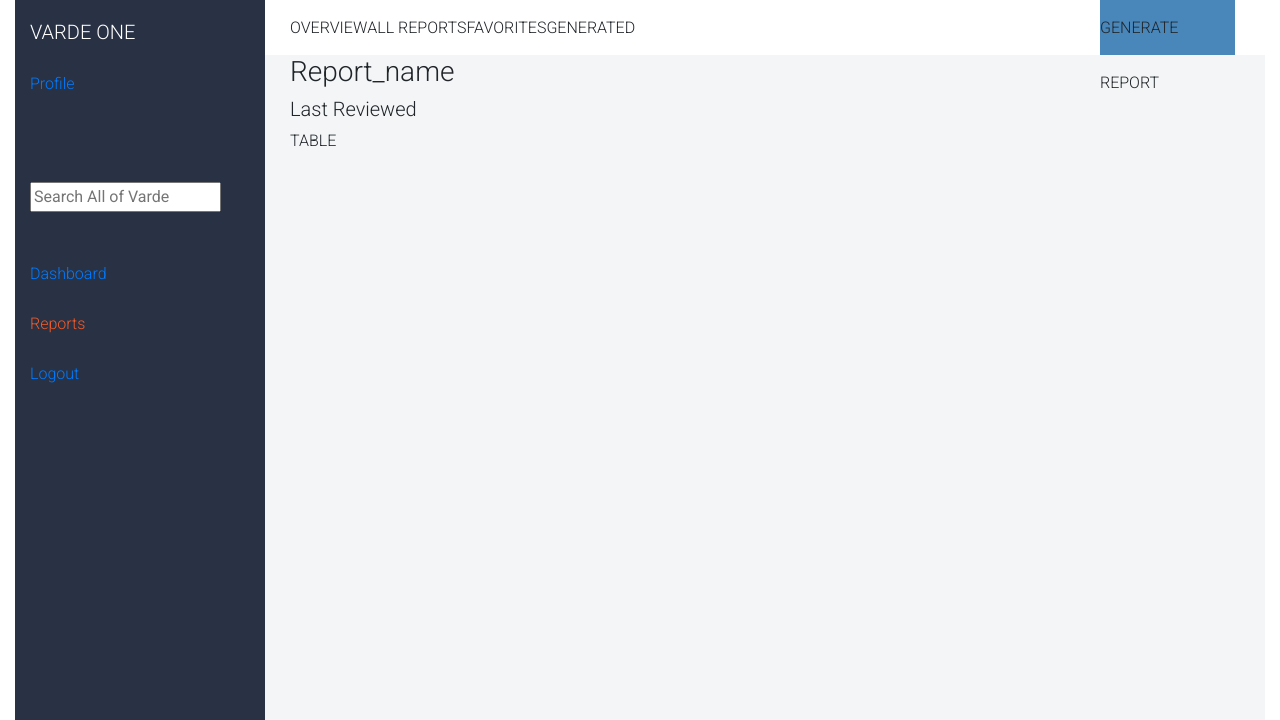
Repository: slavishtipkov/cra-redux
Page: /reports
The author's editor kept a copy of each file at every save. The page is drawn from the files as they stood at one save, then again after the next save.
The browser window is 1280 px wide. The pictures show the whole page.
The project was rebuilt for these pictures with package versions that can differ from the ones it lists, and the page was loaded fresh each time.

Above is the page before, as saved 2019-07-09 14:04:34.

After the next save:
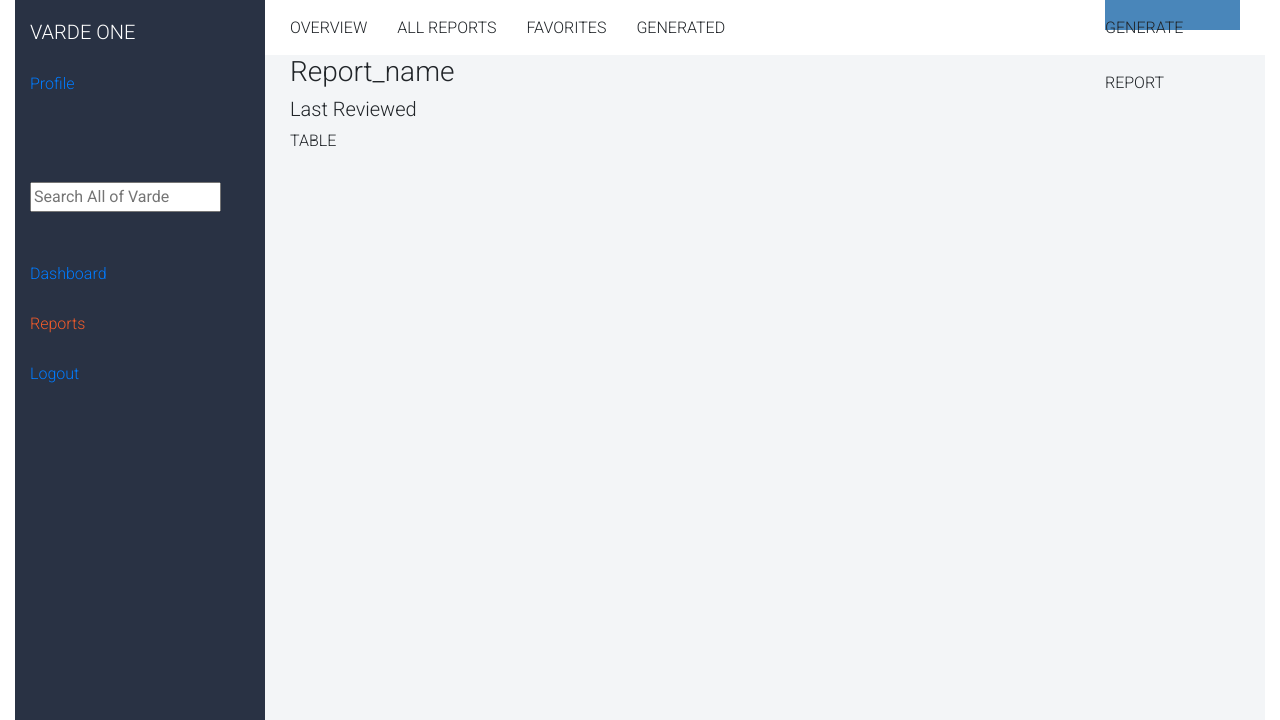
Saved 29 s later.
--- a/src/Components/App/App.scss
+++ b/src/Components/App/App.scss
@@ -29,12 +29,13 @@
 
           li {
             display: block;
+            margin-right: 30px;
           }
         }
 
         .generate-button {
           margin-right: 25px;
-          margin-right: 30px;
+          height: 30px;
           width: 135px;
           background-color: #4986ba;
         }
